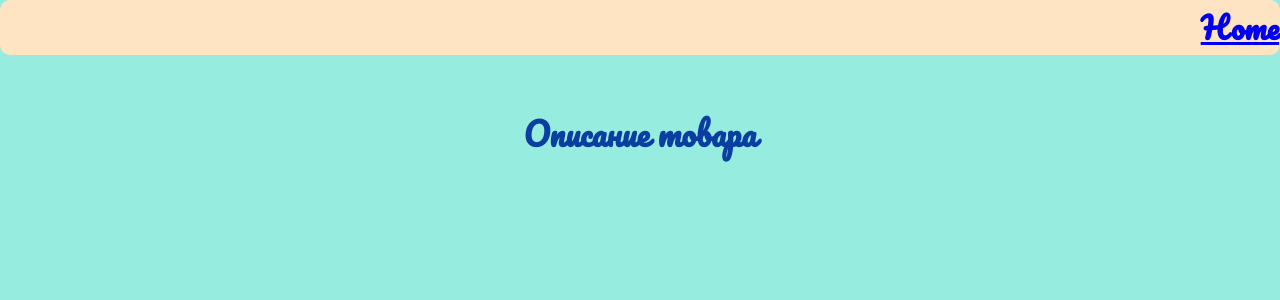
Repository: annamsklv/web
Page: seminar2_26.01/product page.html
The author's editor kept a copy of each file at every save. The page is drawn from the files as they stood at one save, then again after a run of saves.
The browser window is 1280 px wide. The pictures show the whole page.

Above is the page before, as saved 2023-02-01 20:17:27.

After the next 3 saves:
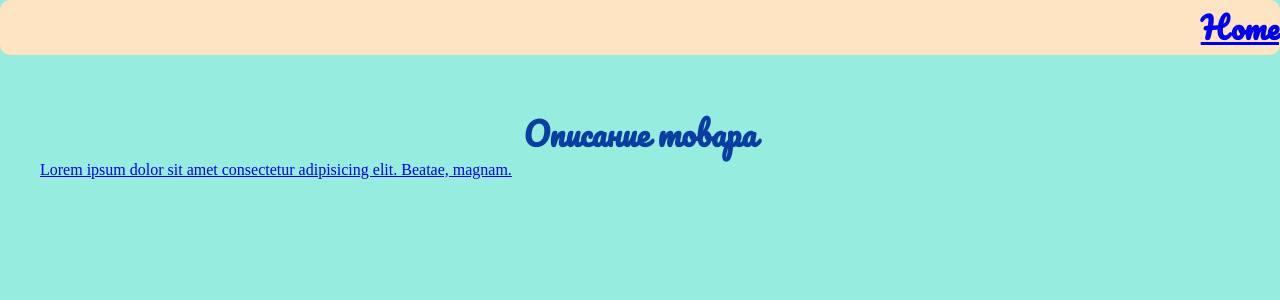
The 3 saves are shown as one change because they came seconds apart.
The last was saved 116 s later.
--- a/seminar2_26.01/product page.html
+++ b/seminar2_26.01/product page.html
@@ -26,7 +26,9 @@
 
     <div class="content">
         <div class="container">
-            <div class="categories"
+            <div class="categories">
+                <a class="item-link" href="test3.html">Lorem ipsum dolor sit amet consectetur adipisicing elit. Beatae, magnam.</a>
+            </div>
 
         </div>
     </div>

After the 2 saves that followed:
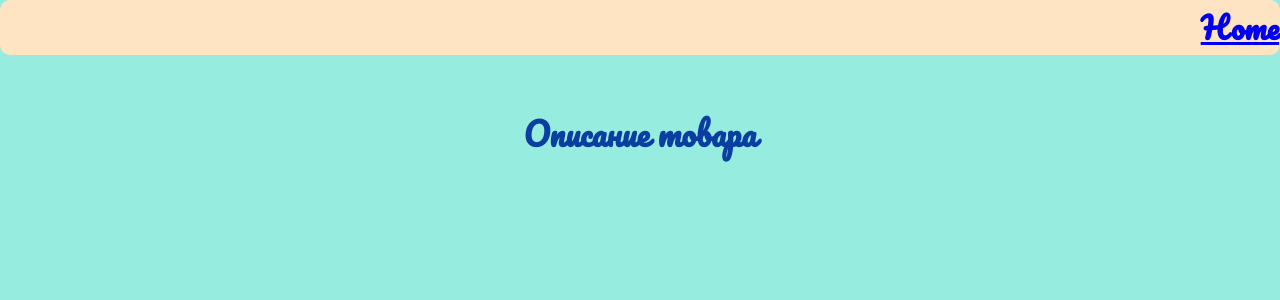
The 2 saves are shown as one change because they came seconds apart.
The last was saved 10 s later.
--- a/seminar2_26.01/product page.html
+++ b/seminar2_26.01/product page.html
@@ -27,7 +27,7 @@
     <div class="content">
         <div class="container">
             <div class="categories">
-                <a class="item-link" href="test3.html">Lorem ipsum dolor sit amet consectetur adipisicing elit. Beatae, magnam.</a>
+                <a class="item-link" href="#"></a>
             </div>
 
         </div>
